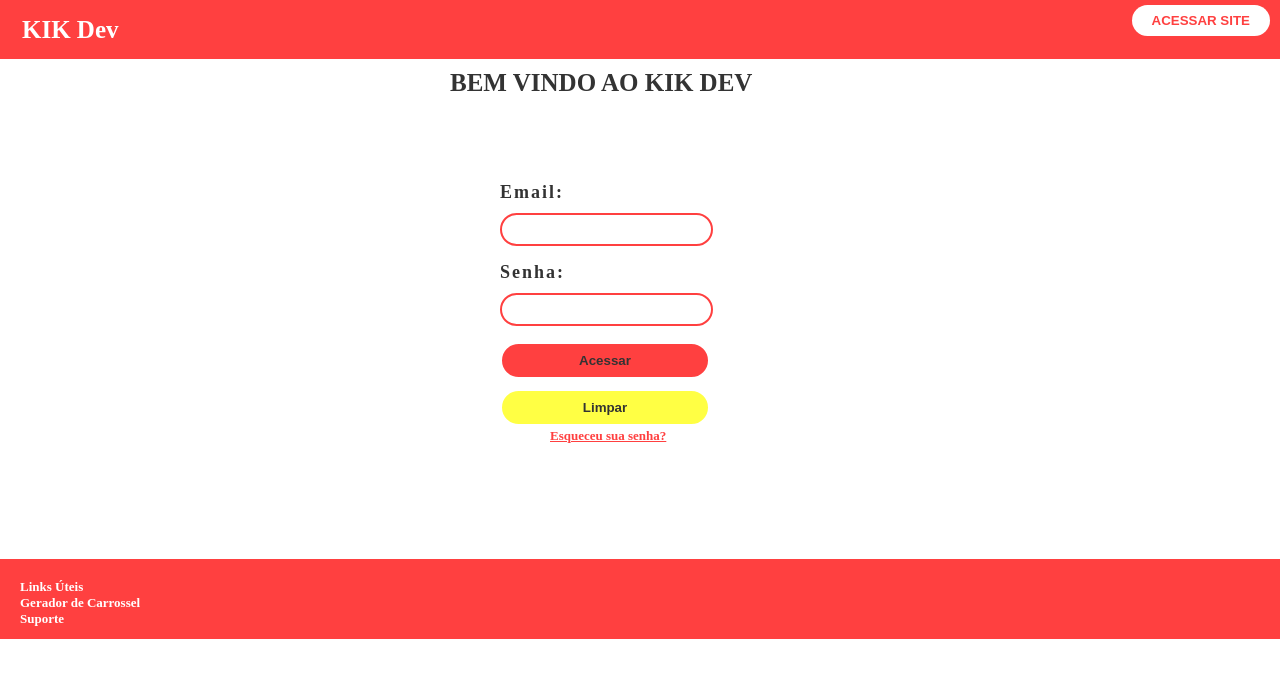
Repository: devgabrielvieira/kikdev
Page: index.html
These files come from the project's save history. The page is drawn as it stood at one moment and after the next save; the edit follows.
The browser window is 1280 px wide. The pictures show the whole page.

Above is the page before, as saved 2022-10-30 20:13:14.

### index.html
<!DOCTYPE html>
<html lang="pt-br">

<head>
    <meta charset="UTF-8">
    <meta http-equiv="X-UA-Compatible" content="IE=edge">
    <meta name="viewport" content="width=device-width, initial-scale=1.0">
    <link rel="shortcut icon" href="imagens/favicon.ico" type="image/x-icon">
    <link rel="stylesheet" href="style.css">
    <link rel="stylesheet" href="style-mobile.css">
    <script src="script_processo.js"></script>
    <title>KIK Dev</title>

</head>

<body id="pag_processos" onload="dimensaoTela()">

    <div class="header-index">
        <a href="#Default" class="logo">KIK Dev</a>

        <button type="submit" name="name" class="button-right"><strong>ACESSAR SITE</strong></a></button>

    </div>
    <div class="conteudo">
        <!--abrimos a div conteúdo-->

        <h3>BEM VINDO AO KIK DEV</h3>

        <div class="login">
            <label for="username">Email:</label>
            <input type="text" id="username" name="username">
            <label for="pass">Senha:</label>
            <input type="password" id="pass" name="password" minlength="8" required>
            <input class="btn-acessar" type="submit" value="Acessar">
            <input class="btn-limpar" type="reset" value="Limpar">
        </div>
        <a href="recuperar-senha.html" target="_self" rel="next" class="href">Esqueceu sua senha?</a>
    </div>
    <!--aqui fechamos a div conteudo-->

    <footer class="footer">
        <strong>
            <p>Links Úteis</p>
        </strong>
        <strong>
            <p>Gerador de Carrossel</p>
        </strong>
        <strong>
            <p>Suporte</p>
        </strong>
    </footer>

</body>

</html>

### style.css
@charset "UTF-8";

* {
  margin: 0;
  padding: 0;
}

html {
  margin: 0;
  padding: 0;
}

.header {
  overflow: hidden;
  background-color: #ff4040;
  padding: 20px 10px;
}

.header a {
  float: left;
  color: #fff;
  text-align: center;
  padding: 12px;
  text-decoration: none;
  font-size: 18px;
  line-height: 25px;
  border-radius: 4px;
}

.header a.logo {
  font-size: 25px;
  font-weight: bold;
}

.header a:hover {
  background-color: #ddd;
  color: #333333;
}

.header a.active {
  background-color: #d8d7d7;
  color: #fff;
}

.header-right {
  float: right;
}

.button-right {
  float: right;
  padding: 8px 20px;
  border: #d8d7d7;
  border-radius: 50px;
  color: #ff4040;
  background-color: #fff;
}

.header-index {
  overflow: hidden;
  background-color: #ff4040;
  padding: 5px 10px;
}

.header-index a {
  float: left;
  color: #fff;
  text-align: center;
  padding: 12px;
  text-decoration: none;
  font-size: 18px;
  line-height: 25px;
  border-radius: 4px;
}

.header-index a.logo {
  font-size: 25px;
  font-weight: bold;
}

.header-index a:hover {
  background-color: #ddd;
  color: #333333;
}

.header-index a.active {
  background-color: #d8d7d7;
  color: #fff;
}

.conteudo {
  width: 100%;
  height: 450px;
  overflow: hidden;
  background-color: #fff;
}

/* .conteudo img {
    width: 100%;
    background-color: #fff;
    margin: 2px 0 0 0;
    padding: 0;
    position: relative;
    height: 15.5rem;
} */

.footer {
  width: auto;
  background-color: #ff4040;
  padding: 20px 10px;
  position: relative;
  height: 2.5rem;
  bottom: -50px;
}

p {
  font-size: 13px;
  margin: 0 0 0 10px;
  float: none;
  overflow: hidden;
  color: #fff;
}

label {
  margin: 10px 50px 0 500px;
  display: block;
  letter-spacing: 2px;
  font-size: 18px;
  color: #333333;
  margin-bottom: 3px;
  font-weight: bold;
}

input[type="submit"],
label {
  margin: 10px 50px 0 500px;
  margin-top: 1rem;
  color: #333333;
}

input {
  margin: 10px 50px 0 500px;
  caret-color: #222;
  color: #333333;
  border: 2px solid #ff4040;
  border-radius: 36px;
  padding: 7px 15px;
  text-align: center;
  font-weight: bold;
}

input:hover {
  border: 2px solid #a0a0a0;
}

.login {
  margin: 80px 0 0 0;
  width: -100%;
}

.btn-acessar {
  margin: 10px 50px 0 500px;
  background: #ff4040;
  border: 2px solid #fff;
  padding: 9px 15px;
  width: 210px;
  max-width: 100%;
}

.btn-limpar {
  margin: 10px 50px 0 500px;
  background: #ff4;
  border: 2px solid #fff;
  padding: 9px 15px;
  width: 210px;
  max-width: 100%;
}

.href {
  margin: 10px 50px 0 500px;
  padding: 19px 50px;
  font-size: 13px;
  font-weight: bold;
  color: #ff4040;
  text-align: center;
  max-width: 100%;
}

h3 {
  font-size: 25px;
  width: 100%;
  display: inline-flex;
  margin: 10px 50px 5px 450px;
  color: #333333;
}

### style-mobile.css
@charset "UTF-8";

@media screen and (max-width: 1200px) {
  * {
    margin: 0;
    padding: 0;
  }

  html {
    margin: 0;
    padding: 0;
  }

  .header-index {
    overflow: hidden;
    background-color: #ff4040;
    padding: 10px 15px;
    height: 5.5rem;
    width: 100%;
  }

  .header a {
    float: none;
    display: block;
    text-align: left;
  }

  .header-index a {
    float: none;
    display: block;
    text-align: left;
  }

  .header-right {
    float: none;
  }

  .button-right {
    float: none;
  }

  .footer {
    float: none;
    bottom: -280px;
    overflow: hidden;
    padding: 10px 15px;
    height: 5.5rem;
    width: 100%;

  }

  /* .conteudo img {
        float: none;
        display: block;
        position: absolute;
        width: 100%;
        background-color: #fff;
        margin: 2px 0 0 0;
        height: 10rem;
    } */

  .login {
    width: 50%;
    display: inline-block;
  }

  label {
    margin-left: 50%;
    margin-bottom: 3px;
    display: block;
    letter-spacing: 2px;
    font-size: 18px;
    color: #333333;
    font-weight: bold;
  }

  input[type="submit"],
  label {
    margin-left: 50%;
    margin-top: 1rem;
    color: #333333;
  }

  input {
    margin-left: 50%;
    caret-color: #222;
    color: #333333;
    border: 2px solid #ff4040;
    border-radius: 36px;
    padding: 7px 15px;
    text-align: center;
    font-weight: bold;
  }

  input:hover {
    border: 2px solid #a0a0a0;
  }

  .href {
    margin-left: 30%;
    font-size: 13px;
    font-weight: bold;
    color: #ff4040;
    text-align: center;
    width: 100%;
    padding: 2rem;
  }

  .btn-acessar {
    margin-left: 50%;
    margin-right: 50%;
    background: #ff4040;
    border: 2px solid #fff;
    padding: 9px 15px;
    width: 210px;
    max-width: 100%;
  }

  .btn-limpar {
    margin-left: 50%;
    margin-right: 50%;
    background: #ff4;
    border: 2px solid #fff;
    padding: 9px 15px;
    width: 210px;
    max-width: 100%;
  }

  h3 {
    font-size: 25px;
    width: 100%;
    display: inline-block;
    /* margin-bottom: 0.5rem; */
    margin-left: 15%;
    color: #333333;
  }
}

### script_processo.js
function dimensaoTela(){
    var heightTela = window.innerHeight;
    var widthTela = window.innerWidth;

    document.getElementById('pag_processos').style.minHeight = heightTela+'px';
}

After the next save:
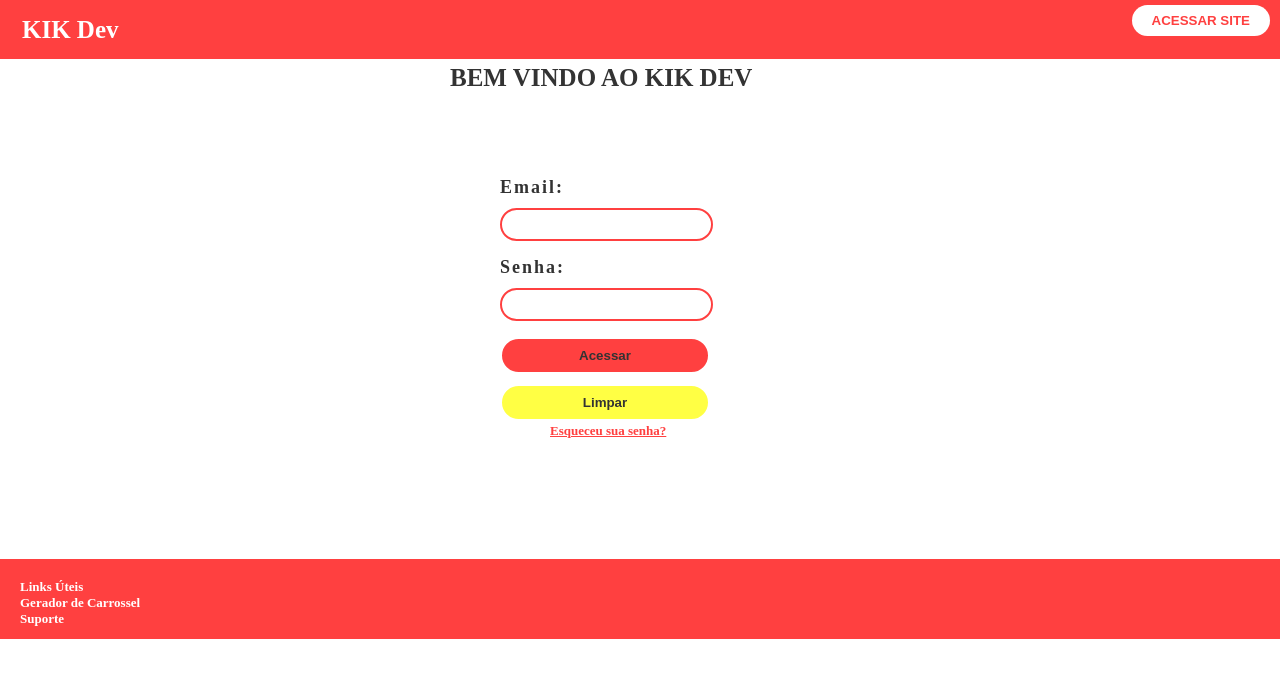
Saved 22 s later.
--- a/style.css
+++ b/style.css
@@ -189,6 +189,6 @@ h3 {
   font-size: 25px;
   width: 100%;
   display: inline-flex;
-  margin: 10px 50px 5px 450px;
+  margin: 5px 50px 5px 450px;
   color: #333333;
 }
